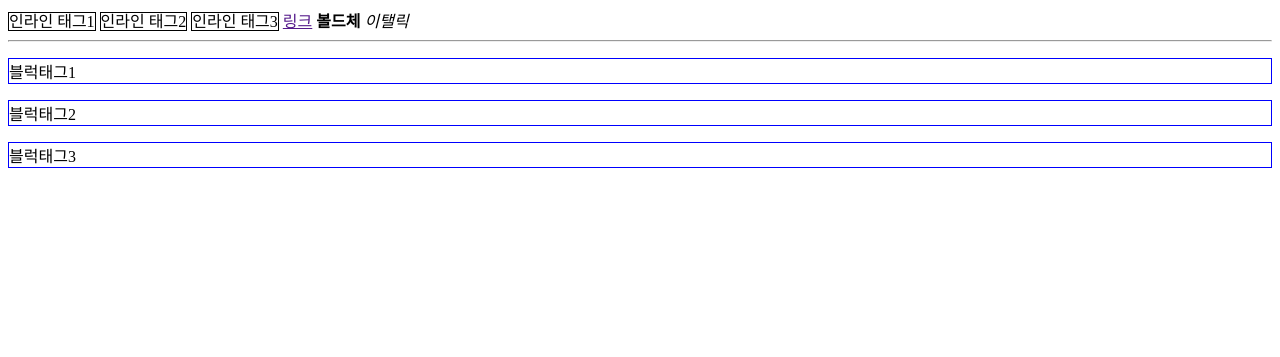
Repository: dnjs0/HCJ
Page: ClientTest/src/main/webapp/ex13_tag.html
These files come from the project's save history. The page is drawn as it stood at one moment and after the next save; the edit follows.
The browser window is 1280 px wide. The pictures show the whole page.

Above is the page before, as saved 2025-02-11 05:16:08.

### ClientTest/src/main/webapp/ex13_tag.html
<!DOCTYPE html>
<html lang="ko">
<head>
	<meta charset="UTF-8">
	<title>Insert title here</title>
	<style>
	   font{border : 1px solid black;}
	   p{border : 1px solid blue;}
	</style>
</head>
<body>
    <!-- ex13_tag.html -->
    <!--

        인라인 태그 vs 블럭 태그
        - 모든 태그들은 위의 두 분류 중 하나에 속한다.
        - 태그가 랜더링(출력)될때 나타나는 특징에 따른 분류

        인라인 태그, Inline Tag
        - 자신의 내용물을 인접한 다른 태그의 내용물과 같은 라인에 출력한다.
        - 영역의 너비는 항상 내용물의 크기와 같다.
        - 영역의 높이는 항상 내용물의 크기와 같다.


        블럭 태그, Block Tag
        - 자신의 내용물을 인접한 다른 태그의 내용물과 다른 라인에 출력한다.
        - 영역의 너비가 항상 100%이다.(내용물과 무관)
        - 영역의 높이는 항상 내용물의 크기와 같다.
     -->

     <font>인라인 태그1</font>
     <font>인라인 태그2</font>
     <font>인라인 태그3</font>
     <a href="">링크</a>
     <b>볼드체</b>
     <i>이탤릭</i>

     <hr>
     <p>블럭태그1</p>
     <p>블럭태그2</p>
     <p>블럭태그3</p>

</body>
</html>

After the next save:
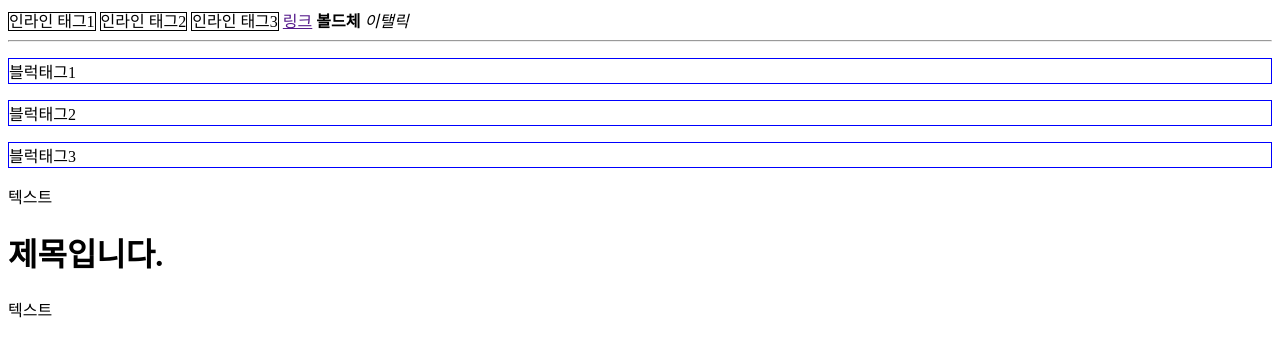
Saved 4 min 0 s later.
--- a/ClientTest/src/main/webapp/ex13_tag.html
+++ b/ClientTest/src/main/webapp/ex13_tag.html
@@ -40,5 +40,11 @@
      <p>블럭태그2</p>
      <p>블럭태그3</p>
 
+
+     텍스트
+     <h1>제목입니다.</h1>
+     텍스트
+
+
 </body>
 </html>
